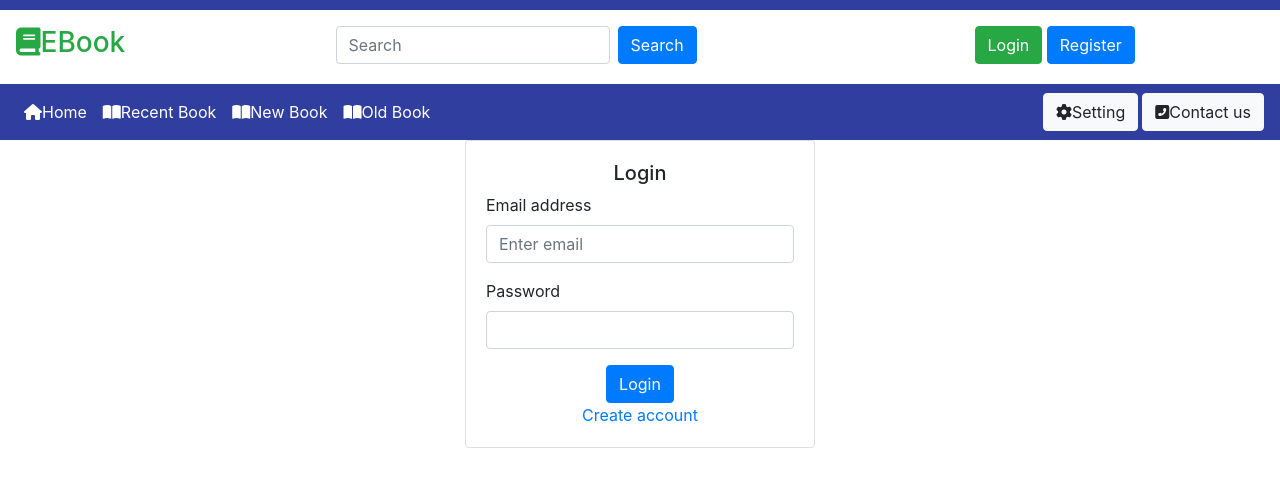
Repository: DaoThanhLam/eProjectKy4
Page: http://localhost/bookma_pro/login.jsp
These files come from the project's save history. The page is drawn as it stood at one moment and after the next save; the edit follows.
The browser window is 1280 px wide. The pictures show the whole page.
Some web libraries are served in a nearby version. The page is served by Tomcat 9.

Above is the page before, as saved 2024-11-16 08:37:57.

After the next save:
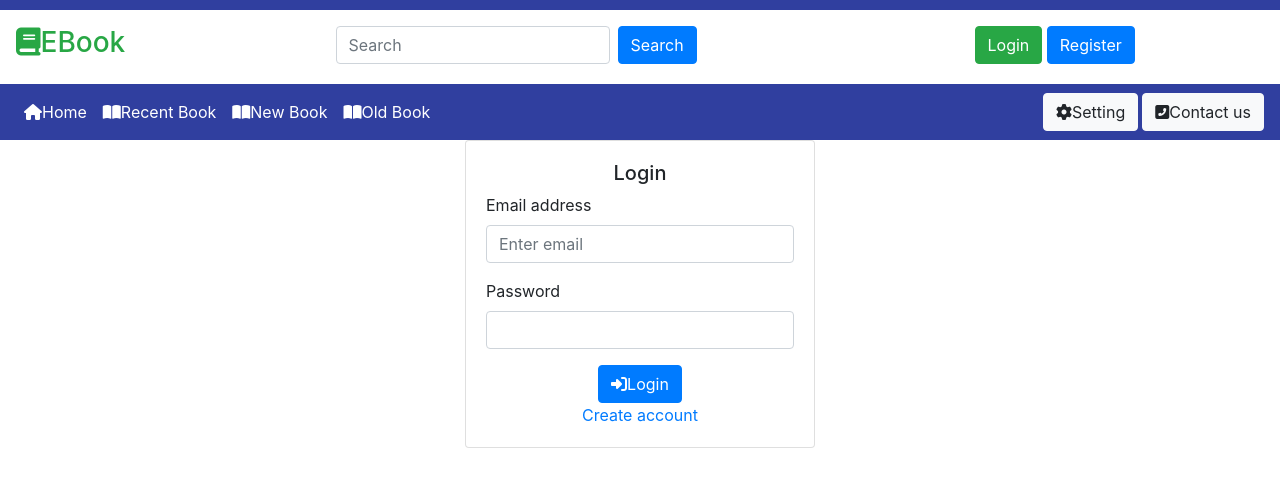
Saved 84 s later.
--- a/bookma_pro/src/main/webapp/login.jsp
+++ b/bookma_pro/src/main/webapp/login.jsp
@@ -26,7 +26,7 @@
     						<input type="password" class="form-control" id="exampleInputPassword1" required="required">
   						</div>
   						<div class="text-center">
-  							<button type="submit" class="btn btn-primary">Login</button> <br>
+  							<button type="submit" class="btn btn-primary"><i class="fa fa-sign-in-alt"></i>Login</button> <br>
   							<a href="register.jsp">Create account</a>
   						</div>
 					</form>
